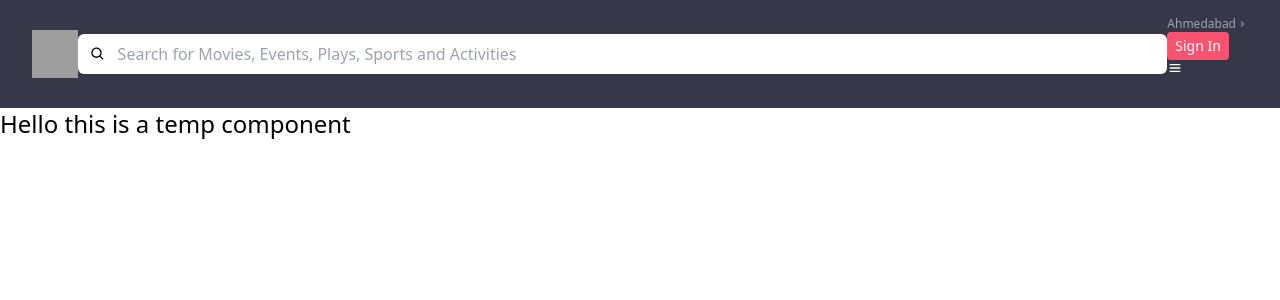
Repository: srush-shah/book-my-show-clone
Page: /
These files come from the project's save history. The page is drawn as it stood at one moment and after the next save; the edit follows.
The browser window is 1280 px wide. The pictures show the whole page.
Pictures or frames that could not be fetched are drawn as grey boxes. The project was rebuilt for these pictures with package versions that can differ from the ones it lists, and the page was loaded fresh each time.

Above is the page before, as saved 2022-11-23 02:32:19.

### src/App.jsx
import DefaultHOC from "./HOC/Default.HOC";
import Temp from "./components/temp";

function App() {
  return (
    <>
      <DefaultHOC path="/" exact element={<Temp />} />
    </>
  );
}

export default App;

### src/HOC/Default.HOC.jsx
import React from "react";
import { Route, Routes } from "react-router-dom";
import DefaultLayout from "../layouts/Default.layout";

const DefaultHOC = ({ element: Element, ...rest }) => {
  return (
    <>
      <Routes>
        <Route {...rest} exact element={<DefaultLayout element={Element} />} />
      </Routes>
    </>
  );
};

export default DefaultHOC;

### src/components/temp.jsx
import React from "react";

function Temp() {
  return (
    <>
      <h1 className="text-2xl">Hello this is a temp component</h1>
    </>
  );
}

export default Temp;

### src/layouts/Default.layout.jsx
import React from "react";

//Components
import Navbar from "../components/Navbar/navbar.component";

const DefaultLayout = ({ element: Element, ...props }) => {
  return (
    <>
      <Navbar />
      {Element}
    </>
  );
};

export default DefaultLayout;

### src/components/Navbar/navbar.component.jsx
import React from "react";
import { BiChevronRight, BiSearch, BiMenu } from "react-icons/bi";

const NavSm = () => {
  return (
    <>
      <div className="text-white flex items-center justify-between">
        <div>
          <h3 className="text-xl font-bold">It All Starts Here!</h3>
          <span className="text-gray-400 text-xs flex items-center">
            Ahmedabad <BiChevronRight />
          </span>
        </div>
        <div className="w-8 h-8">
          <BiSearch className="w-full h-full" />
        </div>
      </div>
    </>
  );
};
const NavMd = () => {
  return (
    <div className="w-full flex items-center gap-3 bg-white py-2 px-3 rounded-md">
      <BiSearch />
      <input
        type="search"
        className="w-full bg-transparent border-none focus:outline-none"
        placeholder="Search for Movies, Events, Plays, Sports and Activities"
      />
    </div>
  );
};
const NavLg = () => {
  return (
    <>
      <div className="container mx-auto px-4 flex items-center">
        <div className="flex items-center w-full">
          <div className="w-12 h-12">
            <img
              src="https://i.ibb.co/zPBYW3H/imgbin-bookmyshow-office-android-ticket-png.png"
              alt="logo"
              className="w-full h-full"
            />
          </div>
          <div className="w-full flex items-center gap-3 bg-white py-2 px-3 rounded-md">
            <BiSearch />
            <input
              type="search"
              className="w-full bg-transparent border-none focus:outline-none"
              placeholder="Search for Movies, Events, Plays, Sports and Activities"
            />
          </div>
        </div>
        <div>
          <span className="text-gray-400 text-xs flex items-center">
            Ahmedabad <BiChevronRight />
          </span>
          <button className="bg-bmsRed-300 text-white px-2 py-1 text-sm rounded">
            Sign In
          </button>
          <div className="w-8 h-8 text-white">
            <BiMenu />
          </div>
        </div>
      </div>
    </>
  );
};

const Navbar = () => {
  return (
    <>
      <nav className="bg-bms-700 p-4">
        <div className="md:hidden">
          <NavSm />
        </div>
        <div className="hidden md:flex lg:hidden">
          <NavMd />
        </div>
        <div className="hidden lg:flex">
          <NavLg />
        </div>
      </nav>
    </>
  );
};

export default Navbar;

### tailwind.config.js
/** @type {import('tailwindcss').Config} */
module.exports = {
  content: ["./src/**/*.{html,js,jsx}"],
  theme: {
    extend: {
      colors: {
        bms: {
          50: "#edf1fc",
          100: "#d3d4e1",
          200: "#b6b8c9",
          300: "#989bb2",
          400: "#7c7f9b",
          500: "#636582",
          600: "#4c4f66",
          700: "#363849",
          800: "#21222e",
          900: "#0a0a16",
        },
        bmsRed: {
          50: "#ffe3eb",
          100: "#ffb3c2",
          200: "#fb8399",
          300: "#f95370",
          400: "#f62448",
          500: "#dc0d2f",
          600: "#ac0624",
          700: "#7c031a",
          800: "#4c000e",
          900: "#1f0003",
        },
      },
    },
  },
  plugins: [],
};

Loaded but not shown: public/index.html (common file); src/index.jsx (common file); src/index.css (common file)

After the next save:
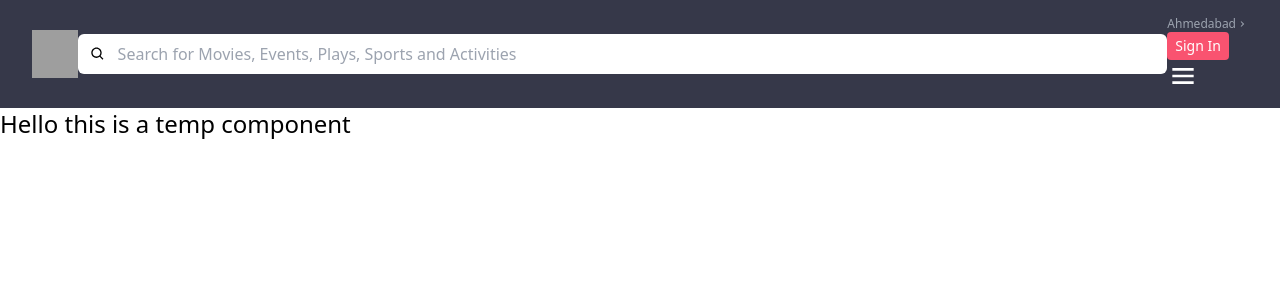
Saved 17 s later.
--- a/src/components/Navbar/navbar.component.jsx
+++ b/src/components/Navbar/navbar.component.jsx
@@ -59,7 +59,7 @@ const NavLg = () => {
             Sign In
           </button>
           <div className="w-8 h-8 text-white">
-            <BiMenu />
+            <BiMenu className="w-full h-full" />
           </div>
         </div>
       </div>
